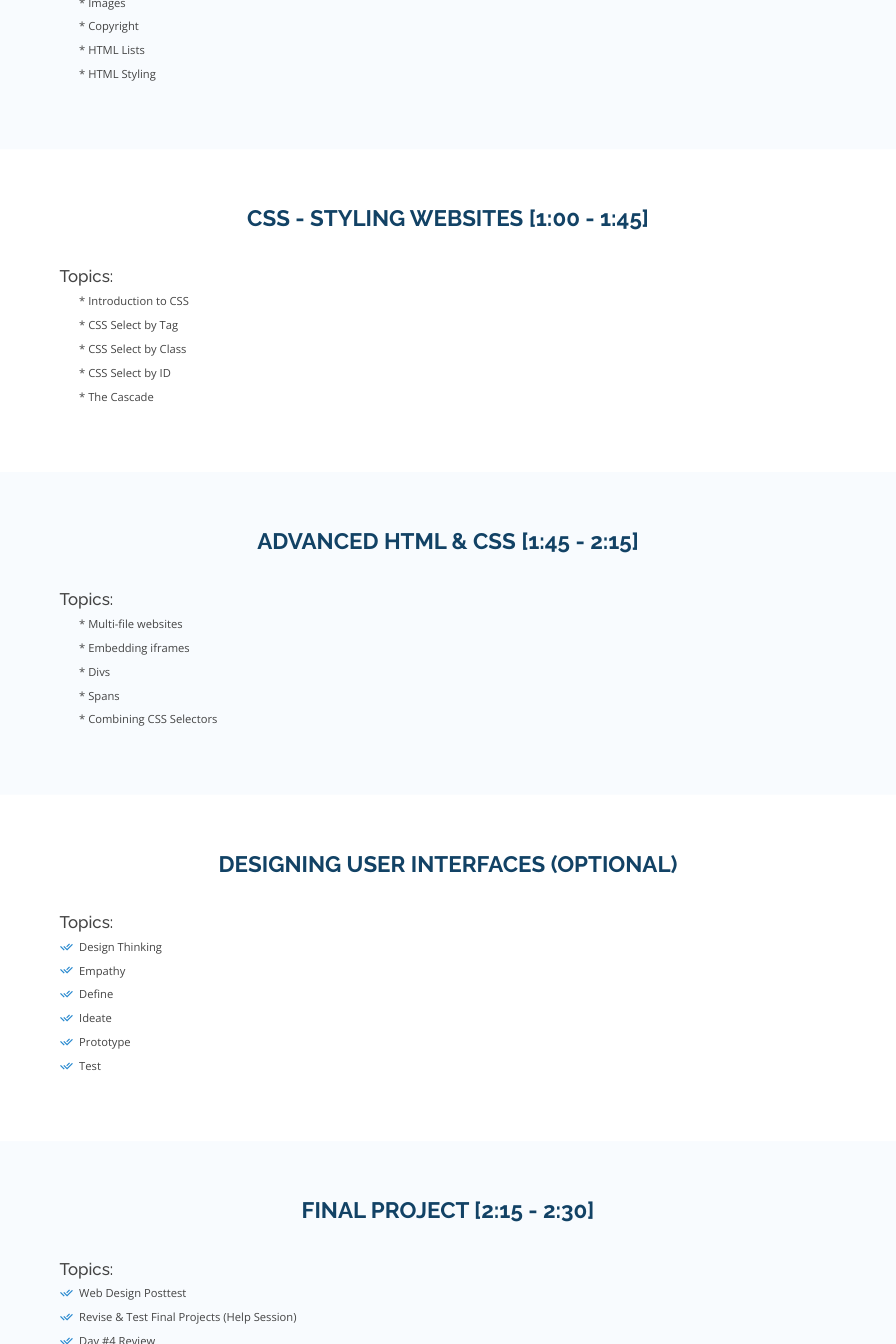
Repository: cchatmon/BMIT-Program
Page: BMIT_OnePage/index.html
The author's editor kept a record of every edit. The page is drawn from the files as they stood at one moment, then again after the next edit.
The browser window is 1280 px wide. The pictures show the part of the page from y = 1326 to 3246 px (the page is 3418 px tall), at 70% of full size.
Backgrounds fixed to the window are drawn as part of the page.

Above is the page before.

After the next edit:
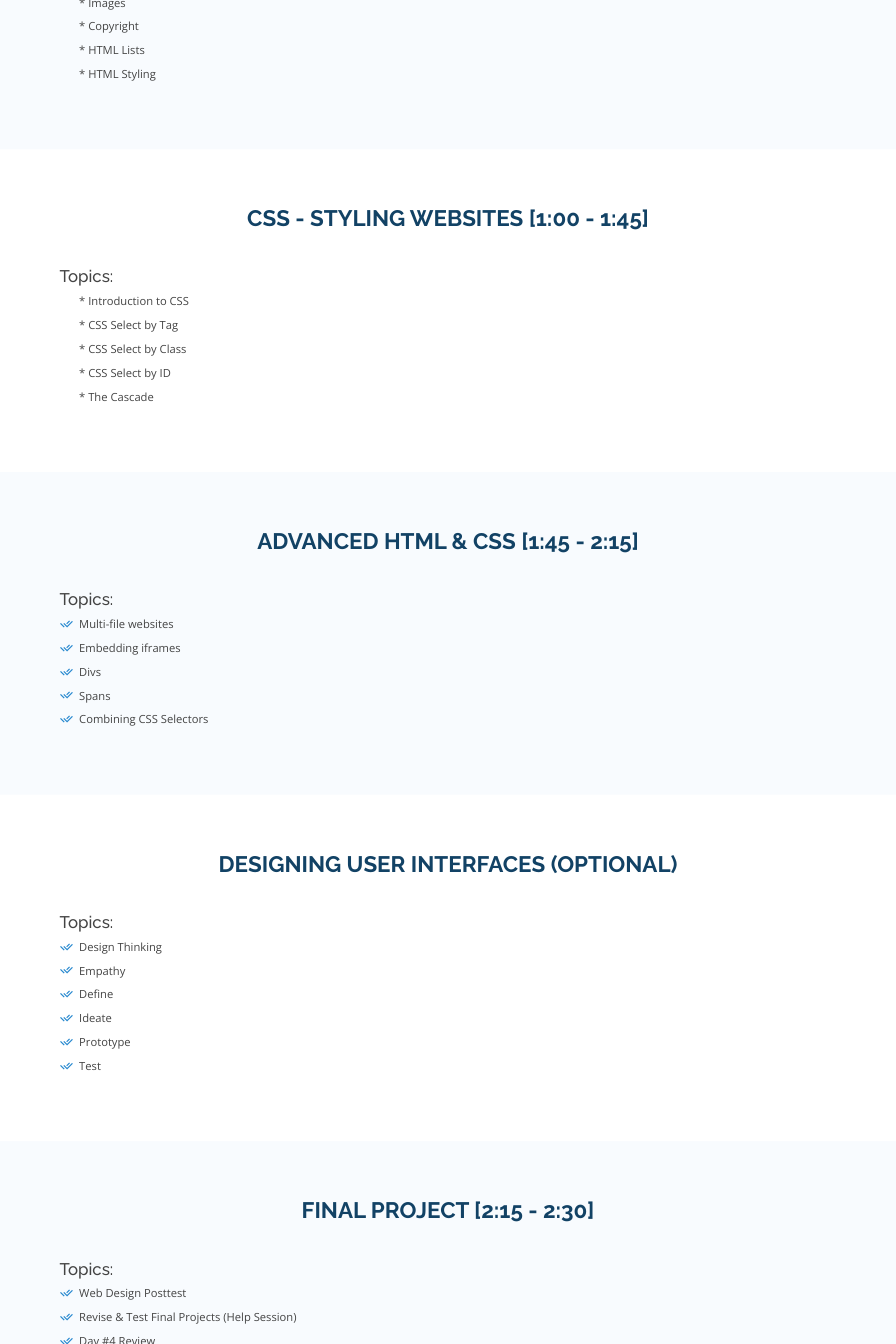
The edit:
--- a/BMIT_OnePage/index.html
+++ b/BMIT_OnePage/index.html
@@ -187,11 +187,11 @@
             <ul>
             <ul>
                   <ul>
-                    <li>* Multi-file websites</li>
-                    <li>* Embedding iframes</li>
-                    <li>* Divs</li>
-                    <li>* Spans</li>
-                    <li>* Combining CSS Selectors</li>
+                    <li><i class="ri-check-double-line"></i> Multi-file websites</li>
+                    <li><i class="ri-check-double-line"></i> Embedding iframes</li>
+                    <li><i class="ri-check-double-line"></i> Divs</li>
+                    <li><i class="ri-check-double-line"></i> Spans</li>
+                    <li><i class="ri-check-double-line"></i> Combining CSS Selectors</li>
                   </ul>
 
             </ul>
